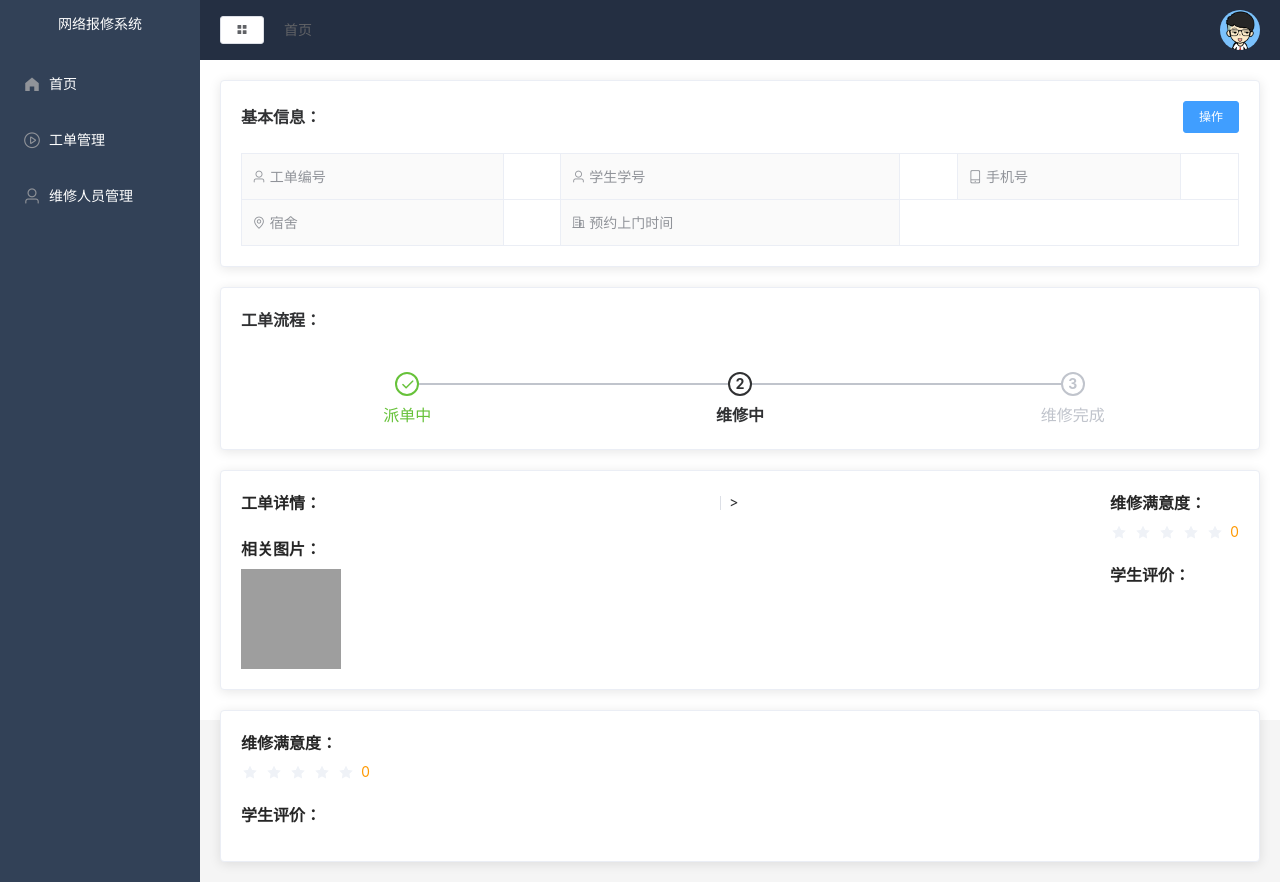
Repository: LtheW/vue
Page: /submit
These files come from the project's save history. The page is drawn as it stood at one moment and after the next save; the edit follows.
The browser window is 1280 px wide. The pictures show the whole page.
Pictures or frames that could not be fetched are drawn as grey boxes. The page's requests for data from a server got no answer. The project was rebuilt for these pictures with package versions that can differ from the ones it lists, and the page was loaded fresh each time. No one was signed in, and anything a server would have sent is missing. Also part of the build but not shown: vue.config.js, src/components/CommonTag.vue, src/views/Maintainer/Add.vue.

Above is the page before, as saved 2022-03-27 13:18:47.

After the next save:
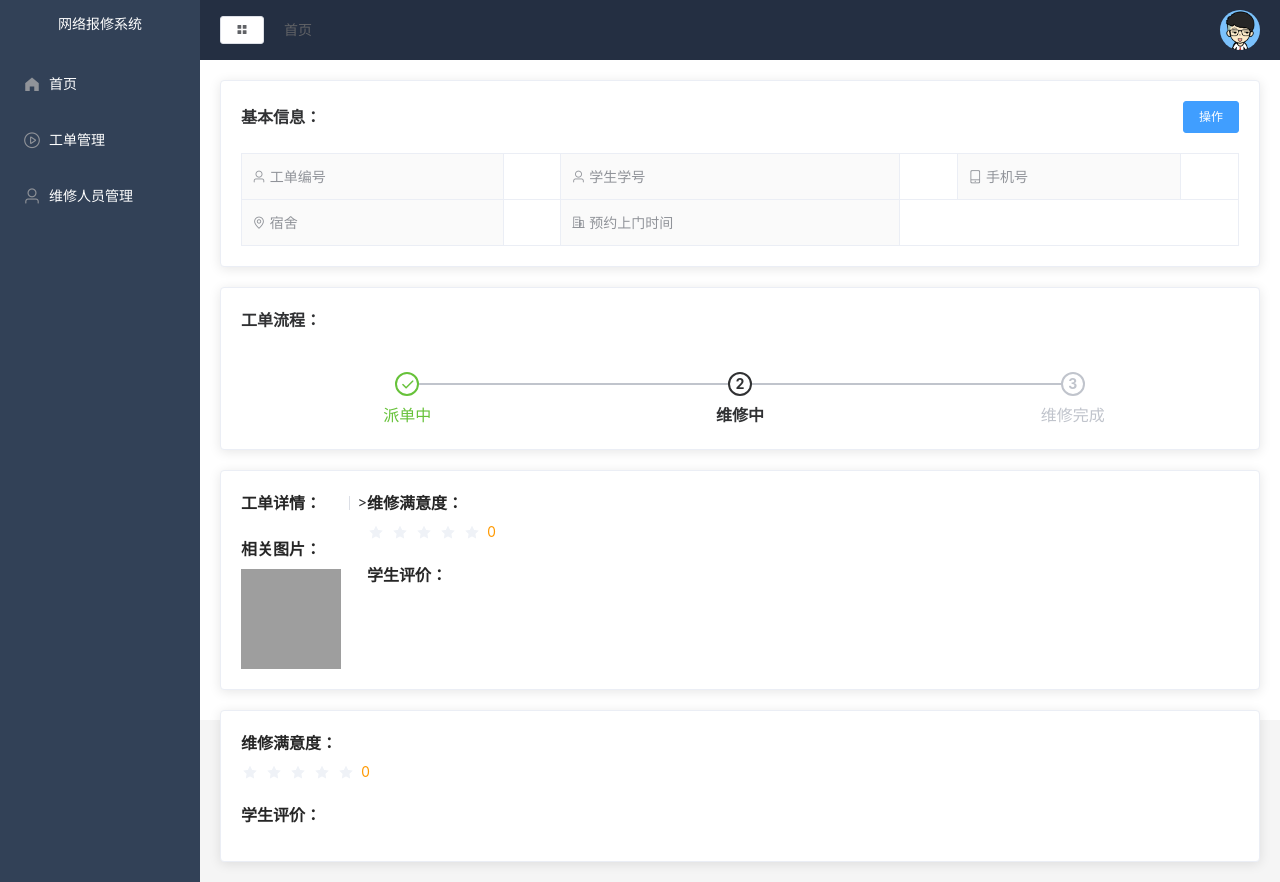
Saved 2 min 4 s later.
--- a/src/views/Submit.vue
+++ b/src/views/Submit.vue
@@ -189,7 +189,7 @@
   border: 1px solid grey;
 }
 .panel {
-  display: flex;
+  display: inline-flex;
   flex-direction: row;
   justify-content: space-between;
 }

After the save that followed:
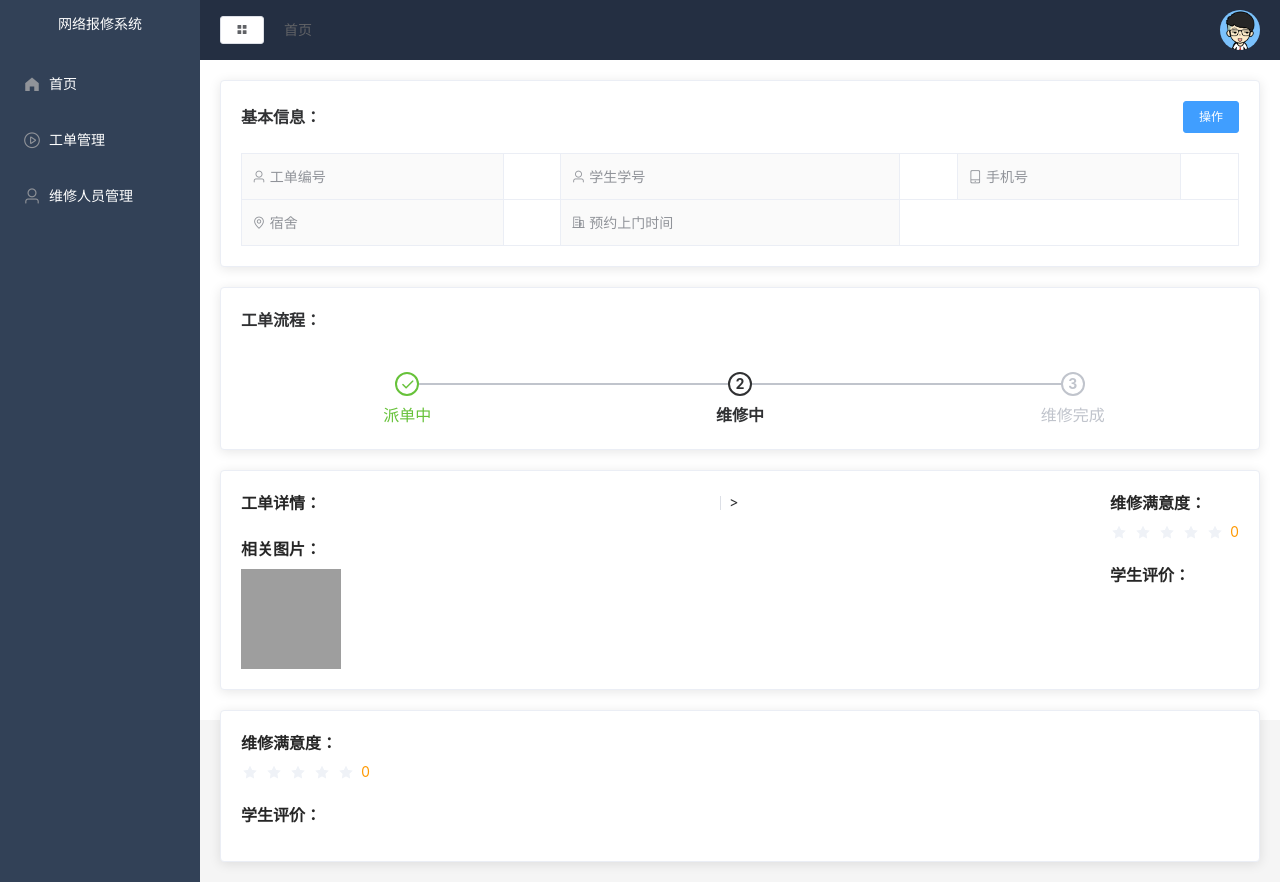
Saved 11 s later.
--- a/src/views/Submit.vue
+++ b/src/views/Submit.vue
@@ -189,7 +189,7 @@
   border: 1px solid grey;
 }
 .panel {
-  display: inline-flex;
+  display: flex;
   flex-direction: row;
   justify-content: space-between;
 }
